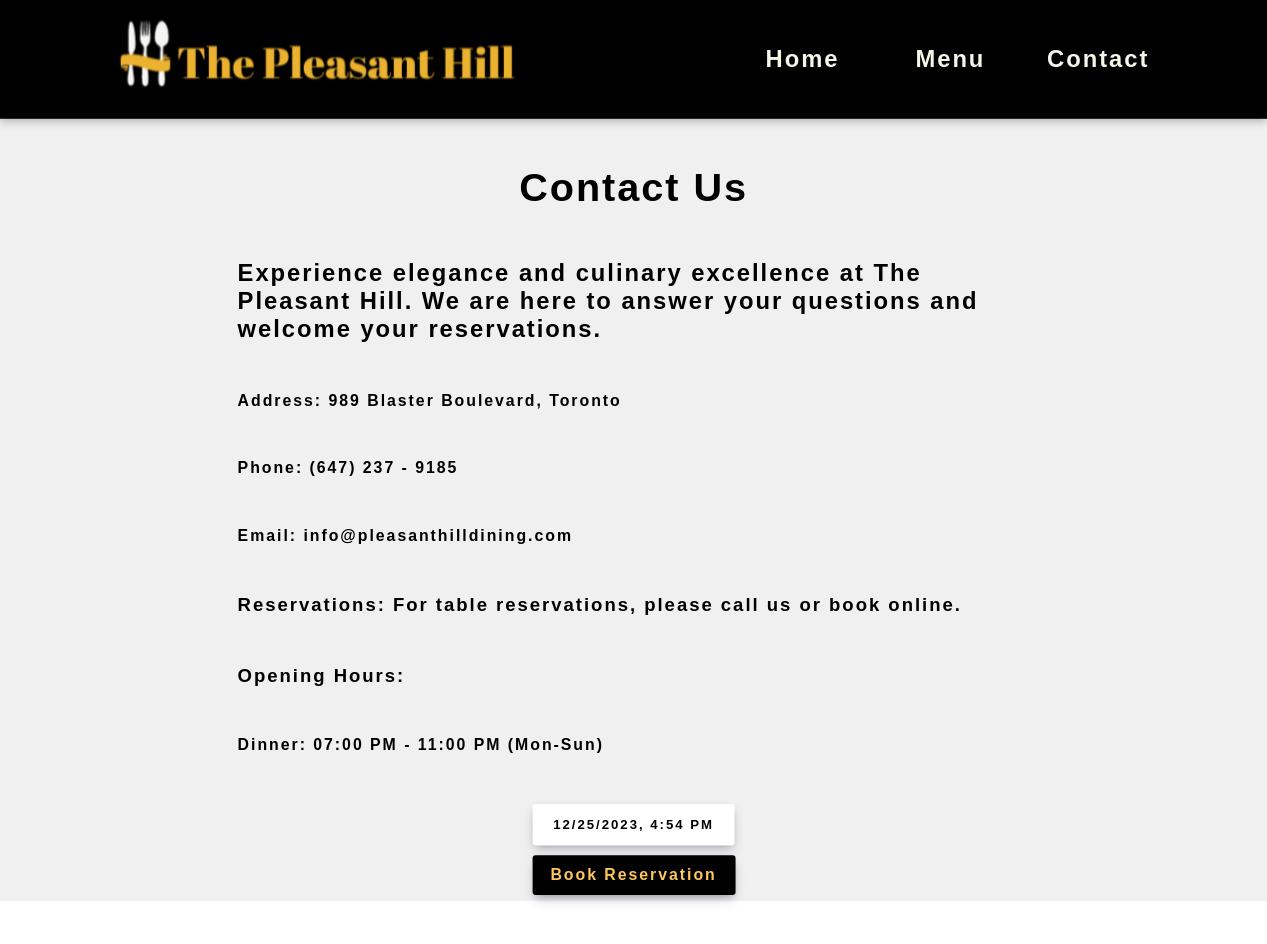
Repository: shayanabedi98/pleasant-hill-restaurant
Page: /, after clicking the first element matching `ul > :nth-child(3)`
An editor plug-in stored every save of this project. The page is shown before and after the next save, followed by the edit.
The browser window is 1280 px wide. The pictures show the part of the page from y = 0 to 954 px (the page is 1354 px tall), at 99% of full size.
Pictures or frames that could not be fetched are drawn as grey boxes. Some web fonts or font styles are not loaded; a fallback is used. The project was rebuilt for these pictures with package versions that can differ from the ones it lists, and the page was loaded fresh each time. Also part of the build but not shown: vite.config.js, src/components/MenuList.jsx, src/components/Appetizers.jsx, src/components/Entrees.jsx, src/components/Desserts.jsx, src/components/Drinks.jsx, src/components/Menu.jsx, src/index.css.

Above is the page before, as saved 2024-01-08 17:03:05.

After the next save:
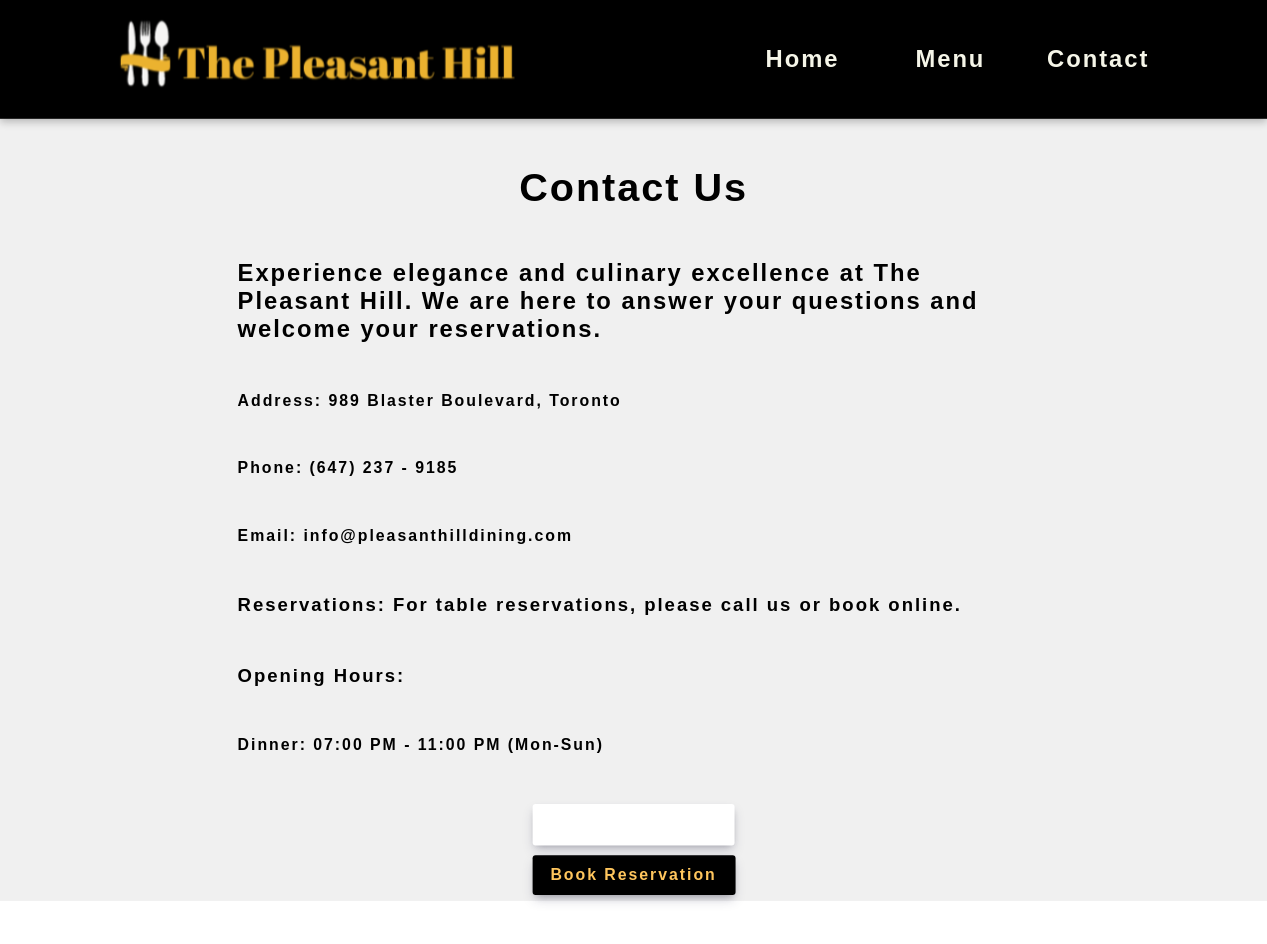
Saved 6 min 38 s later.
--- a/src/components/Contact.jsx
+++ b/src/components/Contact.jsx
@@ -21,7 +21,7 @@ const Contact = () => {
       <h3>Opening Hours:</h3>
       <p>Dinner: 07:00 PM - 11:00 PM (Mon-Sun)</p>
       <DatePicker
-        selected={startDate}
+
         onChange={(date) => setStartDate(date)}
         minDate={startDate}
         minTime={startOfDay}
